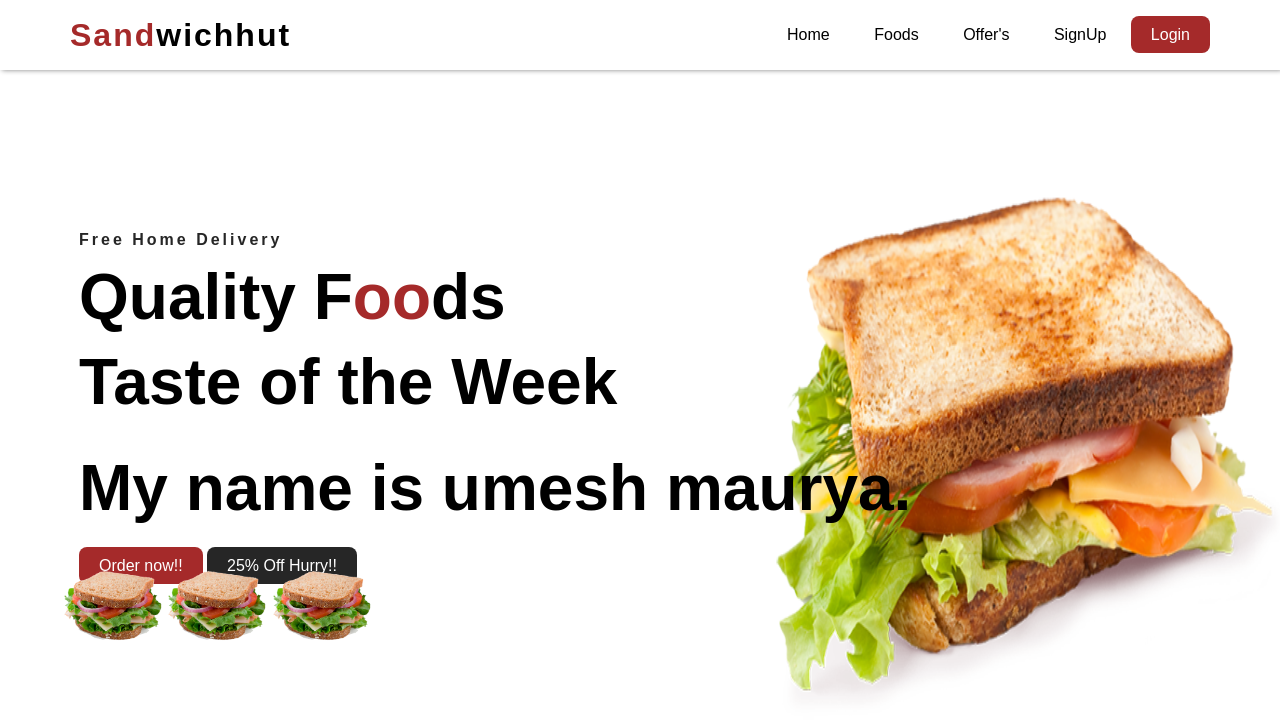
Repository: mauryau103/SandwichStore
Page: http://localhost/SandwichStore/
These files come from the project's save history. The page is drawn as it stood at one moment and after the next save; the edit follows.
The browser window is 1280 px wide. The pictures show the whole page.
The page is served by Tomcat 9. Other server files are loaded and not shown.

Above is the page before, as saved 2022-09-19 13:32:38.

### SandwichStore/src/main/webapp/index.jsp
<%@ page language="java" contentType="text/html; charset=ISO-8859-1"
    pageEncoding="ISO-8859-1"%>
<!DOCTYPE html>
<html>
<head>
	<title> Index page</title>
	<link rel="stylesheet" href="css/index.css">
</head>
<body>
<header>
	<nav>
		<div class="logo"><span>Sand</span>wichhut</div>
		<div class="menu">
			<a href="#">Home</a>
			<a href="#">Foods</a>
			<a href="#">Offer's</a>
			<a href="SignUp.jsp">SignUp</a>
			<a href="login.jsp">Login</a>
		</div>
	</nav>
	<div class="h-text">
			<p>Free Home Delivery</p>
		<h1>Quality F<span>oo</span>ds </h1>
		<h2>Taste of the Week</h2>
		<h2>My name is umesh maurya.</h2>
		<a href="#" id="order">Order now!!</a>
		<a href="#" id="dis">25% Off Hurry!!</a>
	</div>
	<div id="sand">
		<img src="images/sand1.png" width="100">
		<img src="images/sand1.png" width="100">
		<img src="images/sand1.png" width="100">
	</div>
</header>
</body>
</html>

### SandwichStore/src/main/webapp/css/index.css
@charset "ISO-8859-1";
		*{padding: 0; margin:0; box-sizing: border-box; font-family: sans-serif;
		}
		header{
			width: 100%;
			height: 100vh;
			background: url(../images/sand2.png);
			background-size: 40% 75%;
			background-repeat: no-repeat;
			background-position: bottom right;
			position: relative;
		}
		nav{
			width: 100%;
			height: 70px;
			padding: 0px 70px;
			background: white;
			color: black;
			display: flex;
			justify-content: space-between;
			align-items: center;
			box-shadow: 2px 0px 5px grey;
		}
		.logo{
			font-weight: bold;
			font-size: 2em;
			letter-spacing: 2px;
		}
		.logo span{
			color: brown;
		}
		.menu a{
			text-decoration: none;
			color: black;
			padding: 10px 20px;
		}
		.menu a:last-child{
			background: brown;
			color: white;
			border-radius: 8px;
		}

		.h-text{
			position: absolute;
			top:30%;
			left: 5%;
			padding: 15px;

		}
		.h-text p{
			color: #262626;
			letter-spacing: 3px;
			font-weight: bold;
		}
		.h-text h1{
			font-size: 4em;
			line-height: 1.5em;
		}
		.h-text h1 span{
				color: brown;
		}
		.h-text h2{
			font-size: 4em;
			margin-bottom: 0.5em;
		}
		#order{
			text-decoration: none;
			color: white;
			background: brown;
			border-radius: 8px;
			padding: 10px 20px;
		}
		#dis{
			text-decoration: none;
			color: white;
			background: #262626;
			padding: 10px 20px;
			border-radius: 8px;
		}
		#sand{
			position: absolute;
			bottom: 10%;
			left: 5%;
		}
		#sand img{
			transition: 0.4s ease;
		}
		#sand img:hover{
			transform: translateY(-20px);
		}

After the next save:
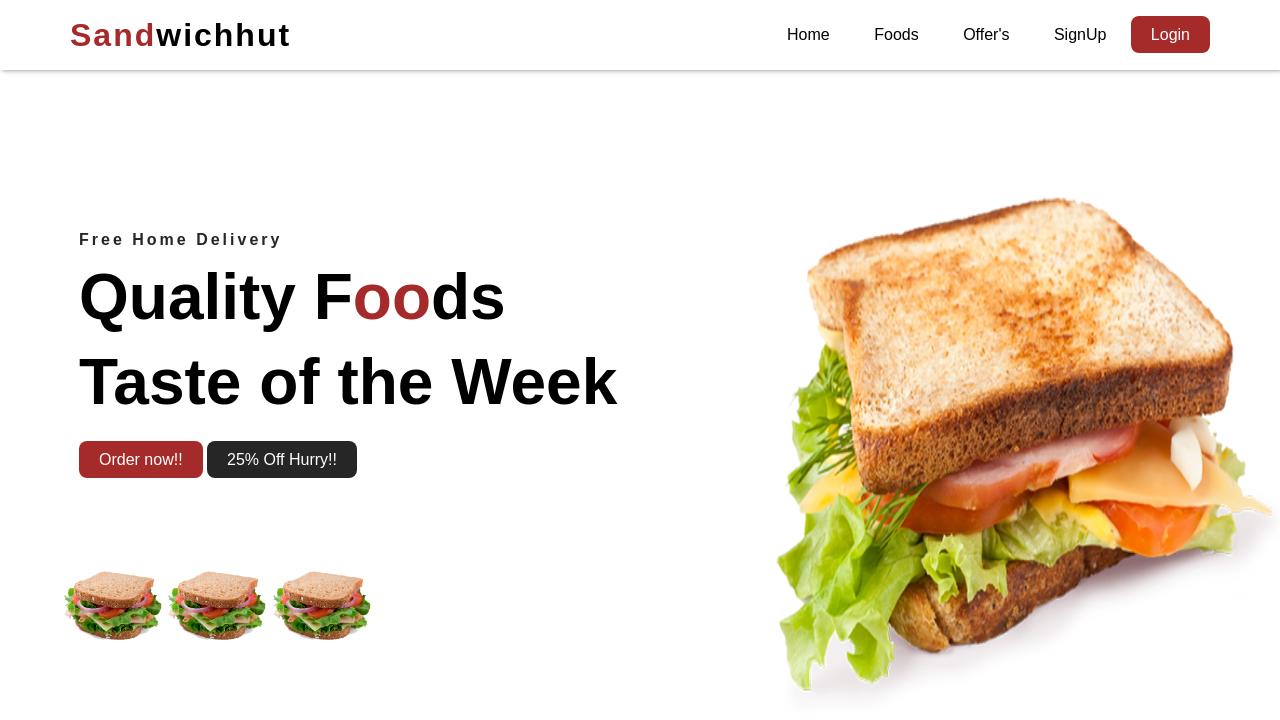
Saved 15 h 21 min later.
--- a/SandwichStore/src/main/webapp/index.jsp
+++ b/SandwichStore/src/main/webapp/index.jsp
@@ -22,7 +22,6 @@
 			<p>Free Home Delivery</p>
 		<h1>Quality F<span>oo</span>ds </h1>
 		<h2>Taste of the Week</h2>
-		<h2>My name is umesh maurya.</h2>
 		<a href="#" id="order">Order now!!</a>
 		<a href="#" id="dis">25% Off Hurry!!</a>
 	</div>
